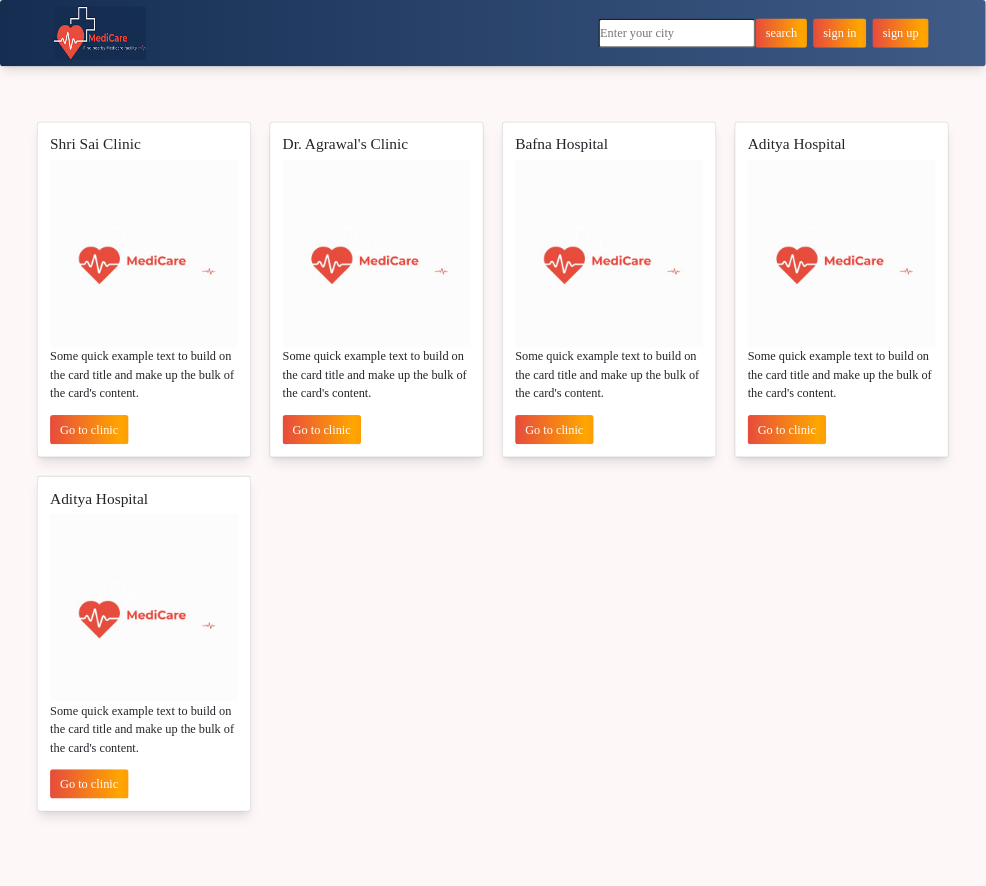
Repository: TanviRathore/Online-medicare-backend
Page: Medicare/WebContent/index.html
An editor plug-in stored every save of this project. The page is shown before and after the next save, followed by the edit.
The browser window is 1280 px wide. The pictures show the whole page, at 77% of full size.
Some web libraries are served in a nearby version.

Above is the page before, as saved 2022-04-12 08:55:39.

After the next save:
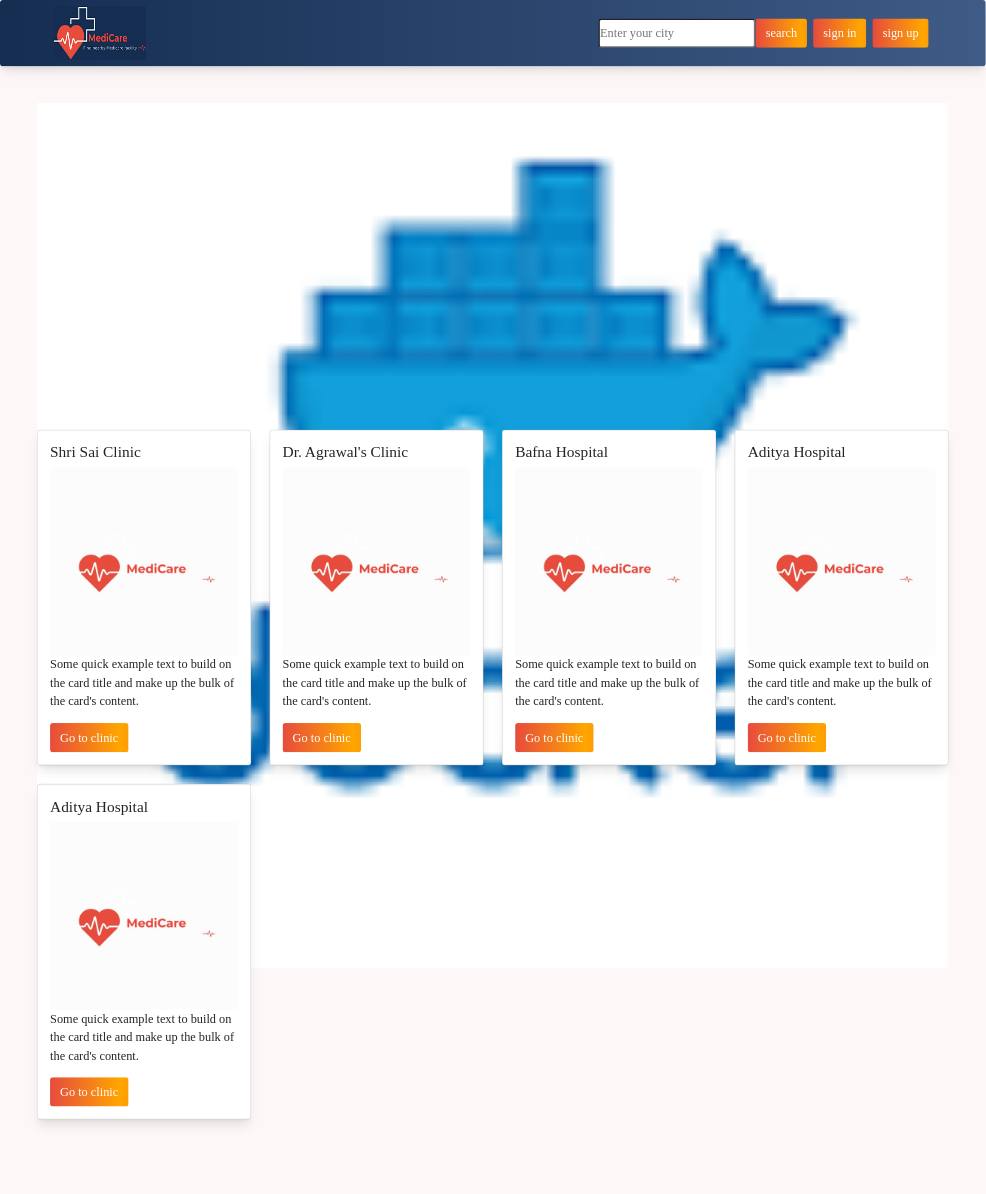
Saved 13 s later.
--- a/Medicare/WebContent/index.html
+++ b/Medicare/WebContent/index.html
@@ -45,7 +45,34 @@
     </header>
 
     <main class="conatiner m-5">
-    <div style="400px"></div>
+    <div style="height: 400px">
+    <div id="carouselExampleIndicators" class="carousel slide" data-ride="carousel">
+  <ol class="carousel-indicators">
+    <li data-target="#carouselExampleIndicators" data-slide-to="0" class="active"></li>
+    <li data-target="#carouselExampleIndicators" data-slide-to="1"></li>
+    <li data-target="#carouselExampleIndicators" data-slide-to="2"></li>
+  </ol>
+  <div class="carousel-inner">
+    <div class="carousel-item active">
+      <img class="d-block w-100" src="./images/react.png" alt="First slide">
+    </div>
+    <div class="carousel-item">
+      <img class="d-block w-100" src="..." alt="Second slide">
+    </div>
+    <div class="carousel-item">
+      <img class="d-block w-100" src="..." alt="Third slide">
+    </div>
+  </div>
+  <a class="carousel-control-prev" href="#carouselExampleIndicators" role="button" data-slide="prev">
+    <span class="carousel-control-prev-icon" aria-hidden="true"></span>
+    <span class="sr-only">Previous</span>
+  </a>
+  <a class="carousel-control-next" href="#carouselExampleIndicators" role="button" data-slide="next">
+    <span class="carousel-control-next-icon" aria-hidden="true"></span>
+    <span class="sr-only">Next</span>
+  </a>
+</div>
+    </div>
         <div class="row">
             <div class=" col-3 gap-5 mt-4">
                 <div class="card">
